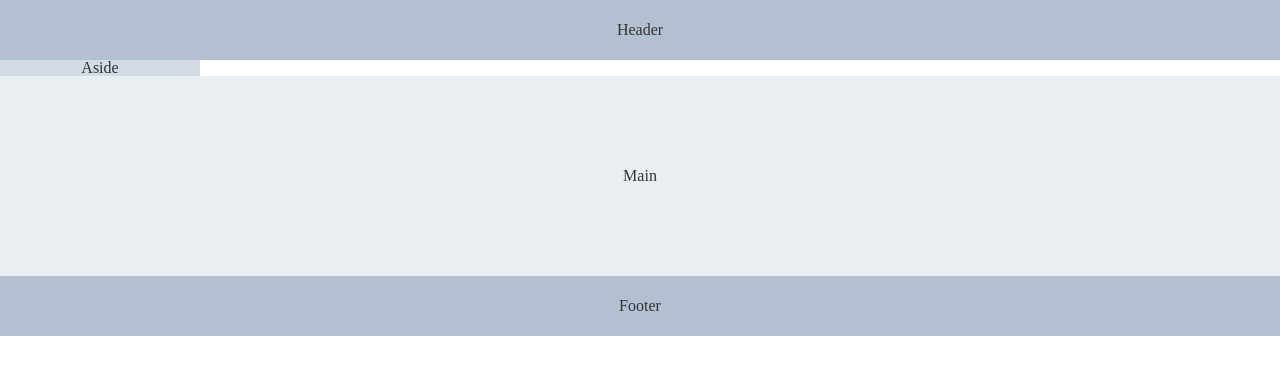
Repository: Trayvon21/cnode
Page: /
These files come from the project's save history. The page is drawn as it stood at one moment and after the next save; the edit follows.
The browser window is 1280 px wide. The pictures show the whole page.
The project was rebuilt for these pictures with package versions that can differ from the ones it lists, and the page was loaded fresh each time. Also part of the build but not shown: vue.config.js, src/views/main/Main.vue.

Above is the page before, as saved 2019-12-16 13:27:47.

### public/index.html
<!DOCTYPE html>
<html lang="en">

<head>
    <meta charset="utf-8">
    <meta http-equiv="X-UA-Compatible" content="IE=edge">
    <meta name="viewport" content="width=device-width,initial-scale=1.0">
    <link rel="stylesheet" href="./css/reset.css">
    <link rel="icon" href="<%= BASE_URL %>favicon.ico">
    <title>demo</title>
</head>

<body>
    <noscript>
      <strong>We're sorry but demo doesn't work properly without JavaScript enabled. Please enable it to continue.</strong>
    </noscript>
    <div id="app"></div>
    <!-- built files will be auto injected -->
</body>

</html>

### src/main.js
import Vue from 'vue'
import App from './App.vue'
import router from './router'
import store from './store'
import service from './http'
import ElementUI from 'element-ui';
import 'element-ui/lib/theme-chalk/index.css';
import axios from 'axios'
Vue.use(ElementUI);
Vue.config.productionTip = false
Vue.prototype.$axios = service
new Vue({
    router,
    store,
    render: h => h(App)
}).$mount('#app')

### src/App.vue
<template>
 <div>
<router-view></router-view>
 </div>
</template>

<script>
 export default {
   data () {
     return {

     }
   },
   components: {

   },
   methods: {

   },
   mounted() {

   },
   watch: {

   },
   computed: {

   }
 }
</script>

<style scoped lang='scss'>

</style>

### src/router/index.js
import Vue from 'vue'
import VueRouter from 'vue-router'
import Home from '../views/Home.vue'

Vue.use(VueRouter)

const routes = [{
        path: '/',
        component: Home,
        children: [{
            path: '',
            name: 'main',
            component: () =>
                import ('../views/main/Main')
        }]
    }, {
        path: '/login',
        component: Home,
        children: [{
            path: '',
            name: 'login',
            component: () =>
                import ('../views/Login/Login')
        }]
    }, {
        path: '/:id',
        component: Home,
        children: [{
            path: '',
            name: 'detail',
            component: () =>
                import ('../views/detail/Detail')
        }]
    }, {
        path: '*',
        name: 'error',
        component: () => ('../views/error')
    }

]

const router = new VueRouter({
    mode: 'history',
    base: process.env.BASE_URL,
    routes
})

export default router

### src/http/index.js
import axios from 'axios'
import qs from 'qs'
import { Loading, Message } from 'element-ui'

// let loading = null


// 判断当前环境是生产环境还是开发环境
// process.env.NODE_ENV的值决定当前环境
// production为生产环境 development为开发环境
const isProduction = process.env.NODE_ENV === 'production'

// 创建axios配置对象
const service = axios.create()

// 接口基础路径
service.defaults.baseURL = isProduction ? '线上接口路径' : '/api'

// 超时时间
service.defaults.timeout = 10000
    // 请求头类型
service.defaults.headers.post['Content-Type'] = 'application/x-www-form-urlencoded'

// 请求拦截器
service.interceptors.request.use(config => {
    loading = Loading.service({
        text: '正在加载中......'
    })
    let token = localStorage.getItem('adminToken')
        // 每次请求 都在请求头带上token
    if (token) {
        config.headers['Authorization'] = 'Bearer ' + token
    }
    return config
}, err => {
    console.log(err)
    return Promise.reject(err)
})

// 响应拦截器
service.interceptors.response.use(response => {
    if (loading) {
        loading.close()
    }
    return response.data
}, err => {
    // if (err.response.status === 401) {
    //   Message.error(err.response.data.msg)
    // }
})

service.req = function(...params) {
    if (params.length === 1) {
        return service.get(params[0])
    }
    if (params.length === 2) {
        return service.post(params[0], qs.stringify(params[1]))
    }
}

export default service

### src/views/Home.vue
<template>
  <div>
    <el-container>
      <el-header>Header</el-header>
    <el-aside width="200px">Aside</el-aside>
  <el-main>Main</el-main>

      <el-footer>Footer</el-footer>
    </el-container>
  </div>
</template>

<script>
export default {
  data() {
    return {};
  },
  components: {},
  methods: {},
  mounted() {},
  watch: {},
  computed: {}
};
</script>

<style scoped lang='scss'>
.el-main {
  background-color: #e9eef3;
  color: #333;
  text-align: center;
  line-height: 160px;
}
.el-aside {
  background-color: #d3dce6;
  color: #333;
  text-align: center;
}
.el-header,
.el-footer {
  background-color: #b3c0d1;
  color: #333;
  text-align: center;
  line-height: 60px;
}
body > .el-container {
  margin-bottom: 40px;
}
</style>

Loaded but not shown: src/store/index.js (common file); public/css/reset.css (common file)

After the next save:
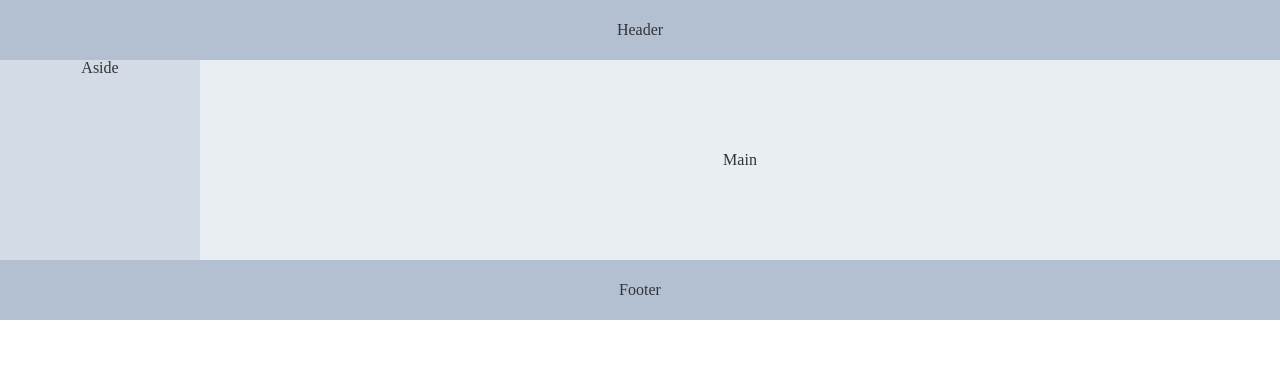
Saved 68 s later.
--- a/src/views/Home.vue
+++ b/src/views/Home.vue
@@ -2,9 +2,10 @@
   <div>
     <el-container>
       <el-header>Header</el-header>
+      <el-container>
     <el-aside width="200px">Aside</el-aside>
   <el-main>Main</el-main>
-
+      </el-container>
       <el-footer>Footer</el-footer>
     </el-container>
   </div>
